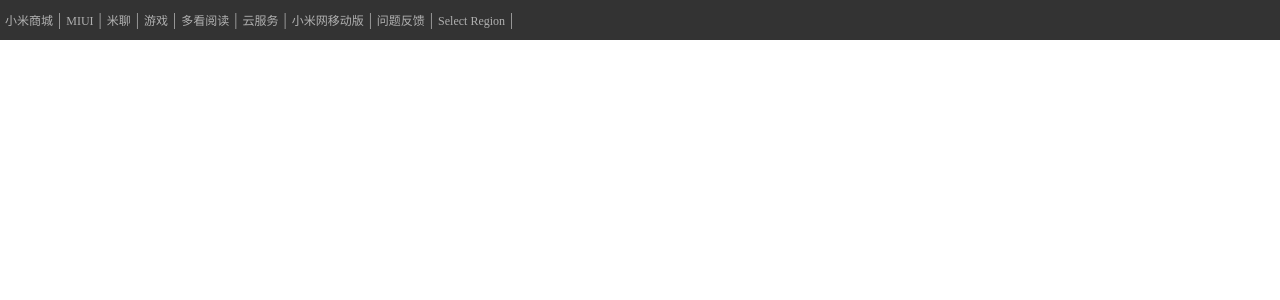
Repository: jijiajia19/mvue-by-jacle
Page: /
An editor plug-in stored every save of this project. The page is shown before and after the next save, followed by the edit.
The browser window is 1280 px wide. The pictures show the whole page.
The project was rebuilt for these pictures with package versions that can differ from the ones it lists, and the page was loaded fresh each time. Also part of the build but not shown: vue.config.js.

Above is the page before, as saved 2022-02-22 13:58:27.

After the next save:
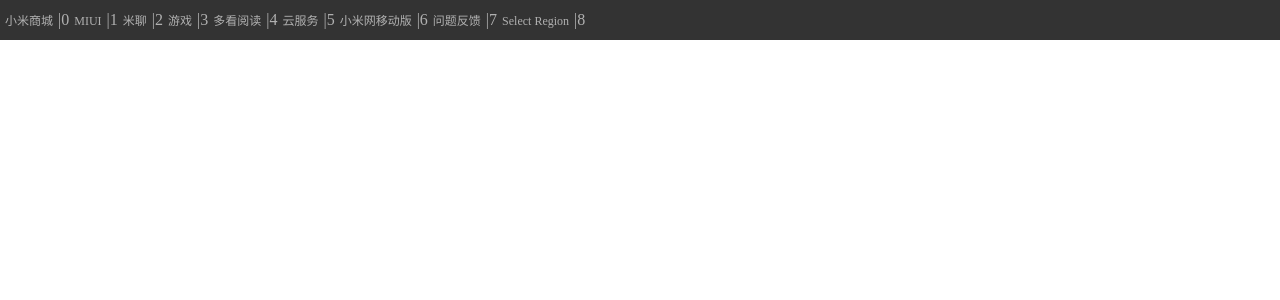
Saved 23 s later.
--- a/src/components/Header.vue
+++ b/src/components/Header.vue
@@ -2,7 +2,11 @@
     <div class="container">
         <div class="topbar-nav">
             <ul class="nav-wrap">
-                <li v-for="item in navs" class="nav clearfix" :key="item.name">
+                <li
+                    v-for="(item, index) in navs"
+                    class="nav clearfix"
+                    :key="item.name"
+                >
                     <template v-if="item.name === '小米商城'">
                         <a :href="item.sourceUrl" class="nav-name">{{
                             item.name
